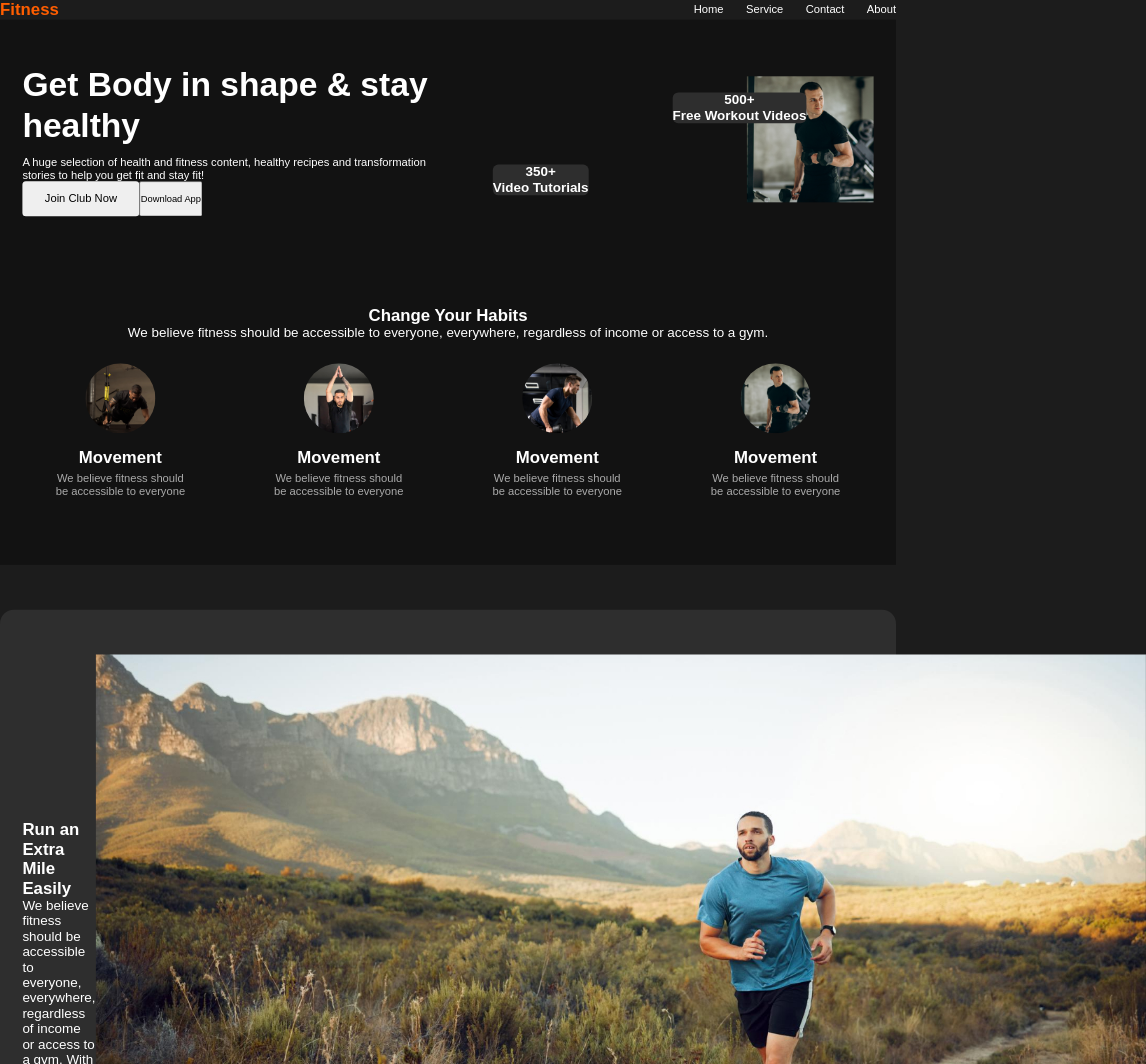
Repository: Aminul-Islam85/Assignment-2
Page: index.html
An editor plug-in stored every save of this project. The page is shown before and after the next save, followed by the edit.
The browser window is 1280 px wide. The page is 1637 px wide, so the pictures cover 1637 px, including what lies to the right of the window. The pictures show the part of the page from y = 0 to 1520 px (the page is 8840 px tall), at 70% of full size.

Above is the page before, as saved 2024-10-23 17:20:59.

After the next save:
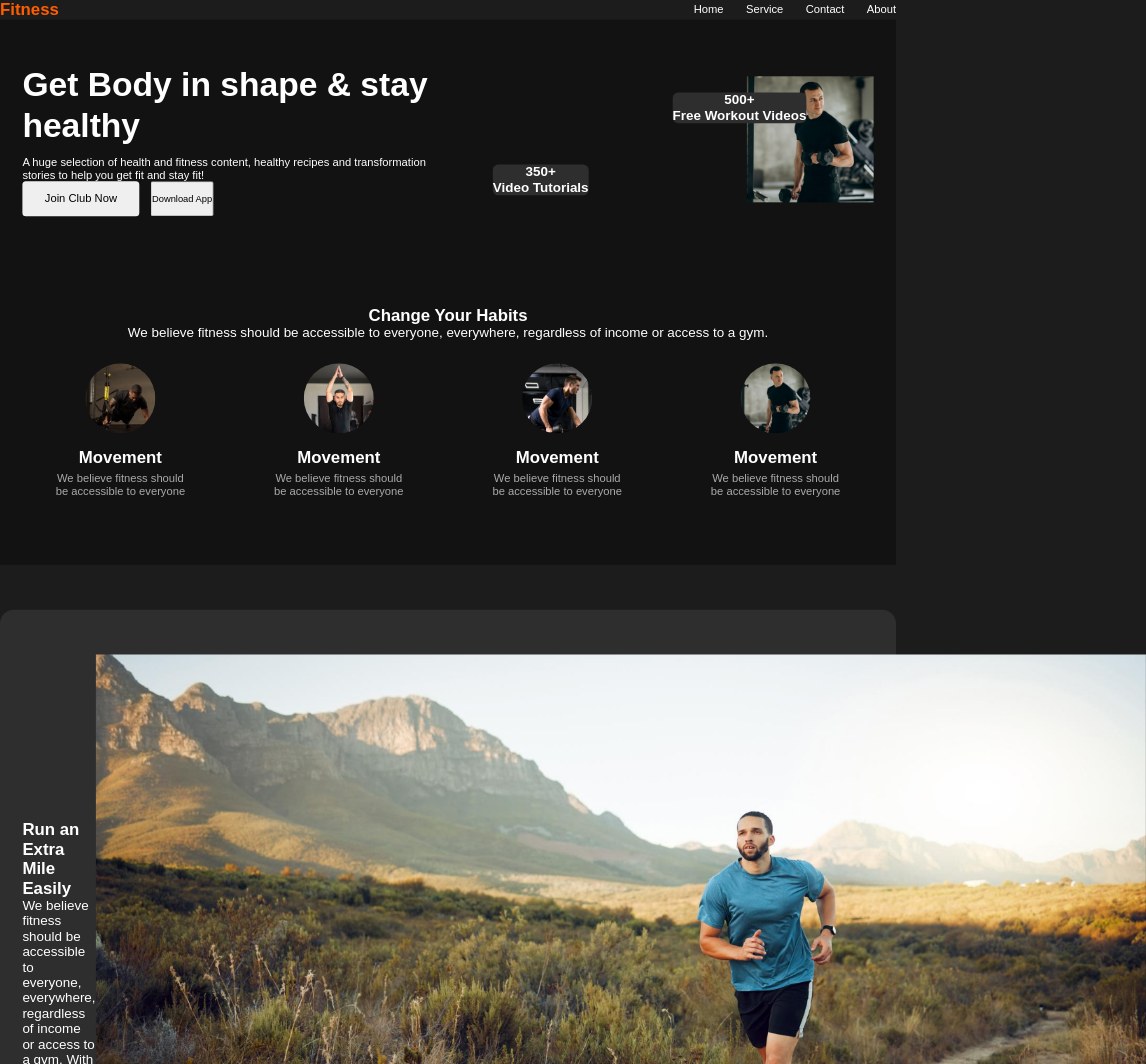
Saved 99 s later.
--- a/styles.css
+++ b/styles.css
@@ -112,7 +112,7 @@ hero p {
 
 .hero-buttons {
     display: flex;
-    gap: irem;
+    gap: 1rem;
 }
 
 .cta-btn {
